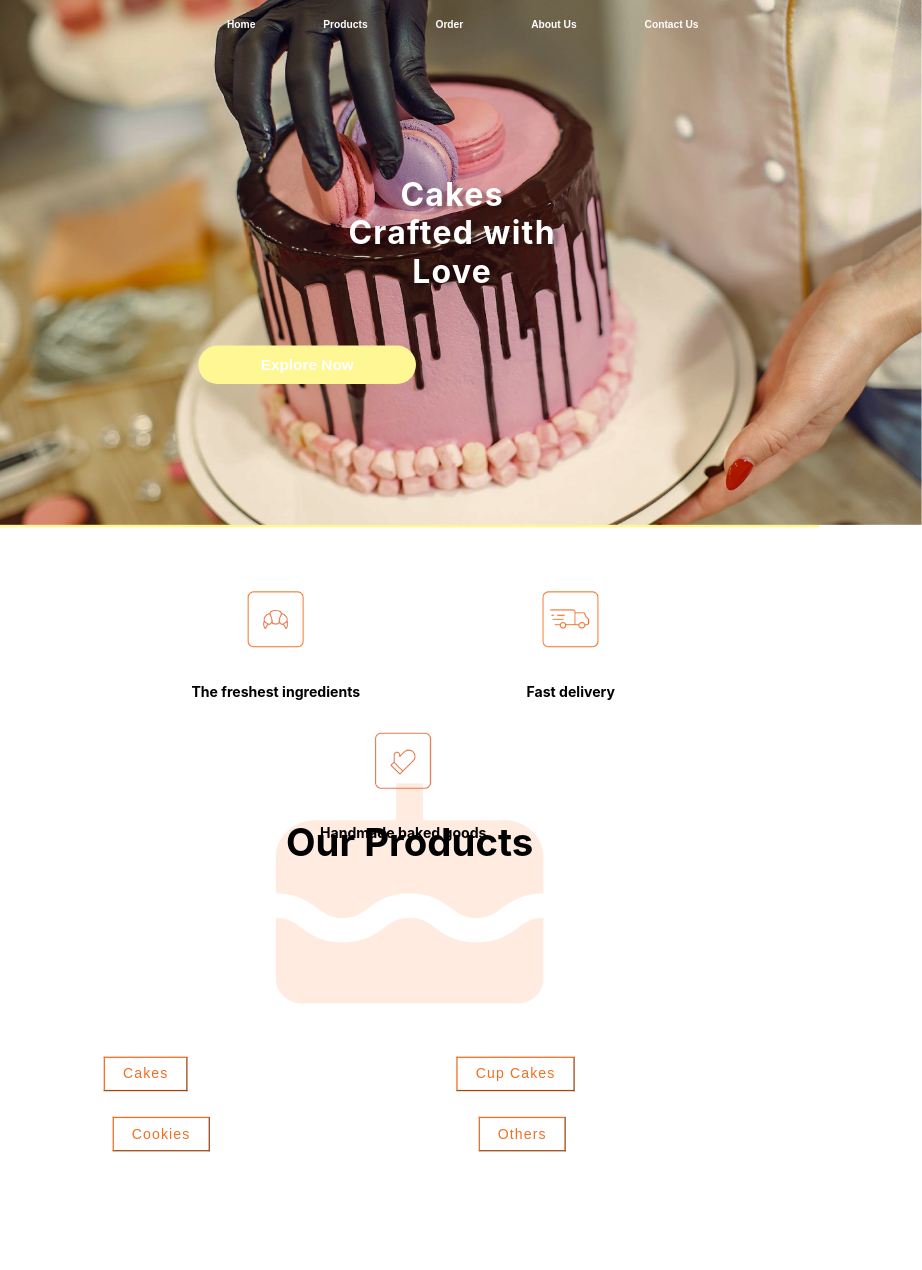
Repository: MEROO1010/cake-box
Page: /
An editor plug-in stored every save of this project. The page is shown before and after the next save, followed by the edit.
The browser window is 1280 px wide. The page is 1440 px wide, so the pictures cover 1440 px, including what lies to the right of the window. The pictures show the whole page, at 64% of full size.
The project was rebuilt for these pictures with package versions that can differ from the ones it lists, and the page was loaded fresh each time.

Above is the page before, as saved 2023-11-09 13:09:55.

### src/App.js
import './App.css';
import HomePage from './components/HomePage';
import Products from './components/Products';

function App() {
  return (
    <div className="App">
      <HomePage/>
      <Products/>
    </div>
  );
}

export default App;

### src/components/HomePage.jsx
import React from 'react';
import homePageImage from '../images/HomePage.png';
import logo from '../images/cake box.png'
import styled from 'styled-components';

const HomePage = () => {
  return (
    <Container>
      <IMAGE>
        <img src={homePageImage} alt='Home Page' />
      </IMAGE>

      {/*add the logo*/}
      <LOGO>
        <img src={logo} alt="logo design" />
      </LOGO>

      {/*Add the header*/}
      <ListWrapper>
      <ul>
        <ListItem>
          <ListLink href="#">Home</ListLink>
        </ListItem>
        <ListItem>
          <ListLink href="#">Products</ListLink>
        </ListItem>
        <ListItem>
          <ListLink href="#">Order</ListLink>
        </ListItem>
        <ListItem>
          <ListLink href="#">About Us</ListLink>
        </ListItem>
        <ListItem>
          <ListLink href="#">Contact Us</ListLink>
        </ListItem>
      </ul>
    </ListWrapper>


      {/*Add the h1*/}
      <MainTitle>
      <div>
        <h1>Cakes Crafted with Love</h1>
      </div>
      </MainTitle>

      {/*Add the Button*/}
      <ExploreNow>
        <button>Explore Now</button>
      </ExploreNow>
    </Container>
  );
};

export default HomePage;

const Container = styled.div`
`

const IMAGE = styled.div`
 max-width:100%;
 width: 100%;
 height: 100%;
 background-size: cover;
 background-position: center;
 background-repeat: no-repeat;
 background-color:#FEF794;
`

const LOGO = styled.div `
   position: absolute;
  top: 16px;
  right: 860px;
  padding-left:40px;
  width: 1015px;
  height: 519px;
  object-fit: cover;
`

const ListWrapper = styled.div`
  font-family: Arial, sans-serif;
  font-weight: bold;
  margin: 0;
  padding: 0;
  position: absolute;
  top: 0;
  left: 0;
  width: 100%;
`;

const ListItem = styled.li`
  list-style: none;
  display: inline-block;
  margin-right: 80px;
  padding-left:6px;
  top:14px;
  left:100px;
  position: relative;
`;

const ListLink = styled.a`
  text-decoration: none;
  color: #fff;
  padding: 5px 10px;


  &:hover {
    color: #FEF794;
  }
`;

const MainTitle = styled.div `
position: absolute;
  top: 240px;
  left: 533px;
  font-size: 25px;
  letter-spacing: 0.08em;
  font-weight: 800;
  color: #fff;
  display: inline-block;
  width: 347px;
  text-shadow: 9px 4px 4px rgba(0, 0, 0, 0.25);

`

const ExploreNow = styled.div`
  button{
    position: absolute;
    margin:500px 620px ;
    top:40px;
    right:10px;
    color:black;
    width:340px;
    height:60px;
    border-radius:40px;
    background-color:#FEF794;
    border:none;
    font-size:24px;
    font-weight:bold;
    color:white;
    cursor: pointer;
  }
`;

### src/components/Products.jsx
import React from 'react'
import styled from 'styled-components';
import CAKEVECTOR from '../images/cake_vector.png'
import CROISSANT from '../images/croissant.png'
import CAR from '../images/car.png'
import GLAVES from '../images/glaves.png'



const Products = () => {
  return (
    <Container>
      <CakeVector>
         <img src={CAKEVECTOR} alt=''/>
         <h1>Our Products</h1>
      </CakeVector>

      <FirstList>
        <ul>
            <li>
                <img src={CROISSANT} alt=''/>
                <h6>The freshest ingredients</h6>
            </li>

            <li>
                <img src={CAR} alt=''/>
                <h6>Fast delivery</h6>
            </li>

            <li>
                <img src={GLAVES} alt=''/>
                <h6>Handmade baked goods</h6>
            </li>
        </ul>
      </FirstList>

      <SecondList>
          <ul>
            <li><button>Cakes</button></li>
            <li><button>Cup Cakes</button></li>
            <li><button>Cookies</button></li>
            <li><button>Others</button></li>
          </ul>
      </SecondList>
    </Container>
  )
}

export default Products;


const Container = styled.div`
`

const CakeVector = styled.div`
  img{
    position: relative;
    top: 400px;
  }

  h1{
    position: relative;
    font-size:60px;
    top:68px;
  }

`

const FirstList = styled.div `
  li{
    position:relative;
    list-style: none;
  display: inline-block;
  margin-left:60px;
  padding-left:200px;
  right:160px;
  bottom:400px;
  }

  h6{
    font-size:22px;
  }
`

const SecondList =styled.div `
  li{
    position:relative;
    list-style: none;
  display: inline-block;
  margin-left:60px;
  padding-left:200px;
  right:160px;
  bottom:400px;
  }

  button{
    position: relative;
  top: 250px;
  right: 100px;
  font-size: 22px;
  letter-spacing: 0.08em;
  font-weight: 500;
  color: #F26E22;
  background-color: white;
  border-color:#F26E22;
  padding: 12px 28px;
  margin:20px 80px;
  }
`

Loaded but not shown: public/index.html (common file); src/index.js (common file); src/index.css (common file); src/App.css (common file)

After the next save:
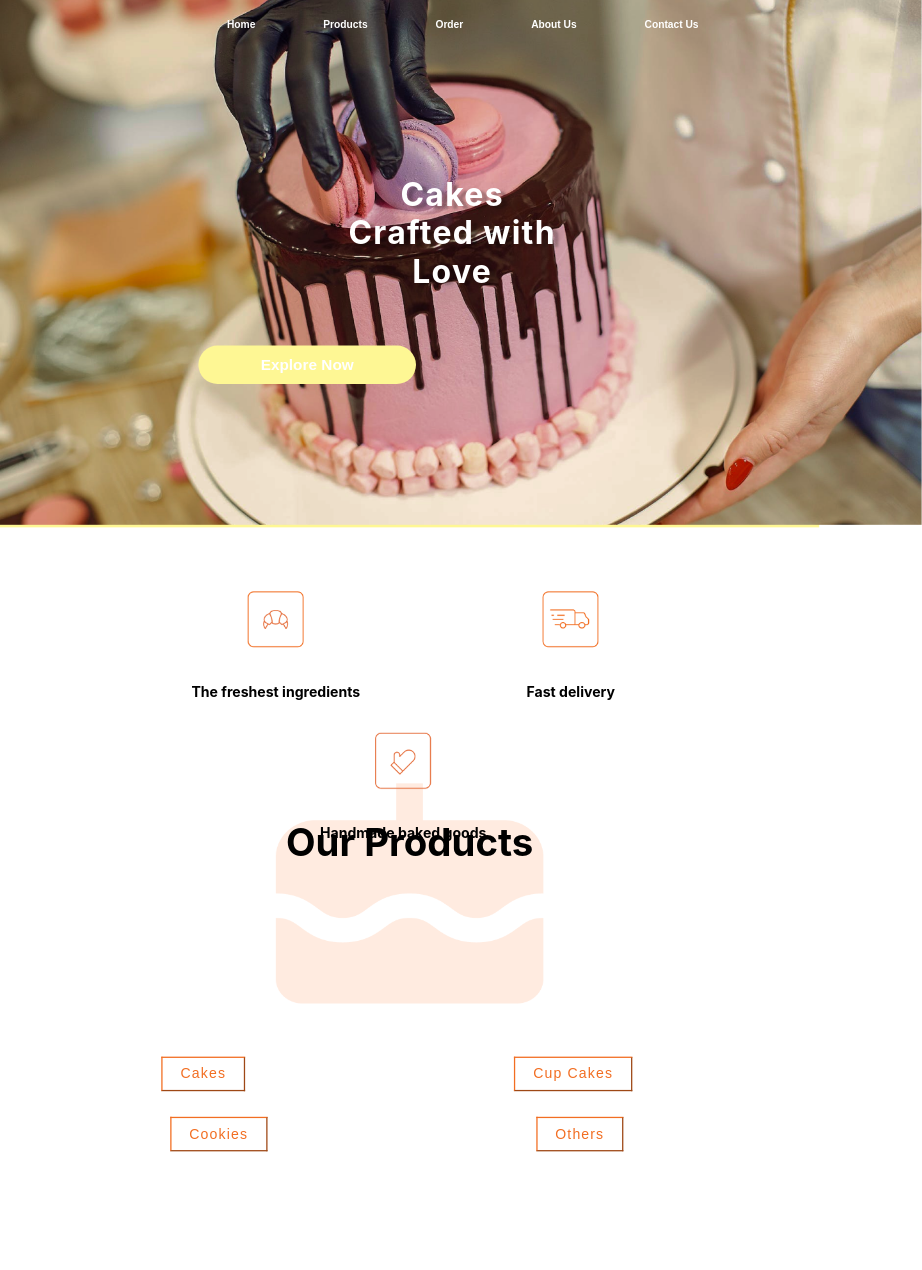
Saved 9 s later.
--- a/src/components/Products.jsx
+++ b/src/components/Products.jsx
@@ -96,7 +96,7 @@
   button{
     position: relative;
   top: 250px;
-  right: 100px;
+  right: 10px;
   font-size: 22px;
   letter-spacing: 0.08em;
   font-weight: 500;
